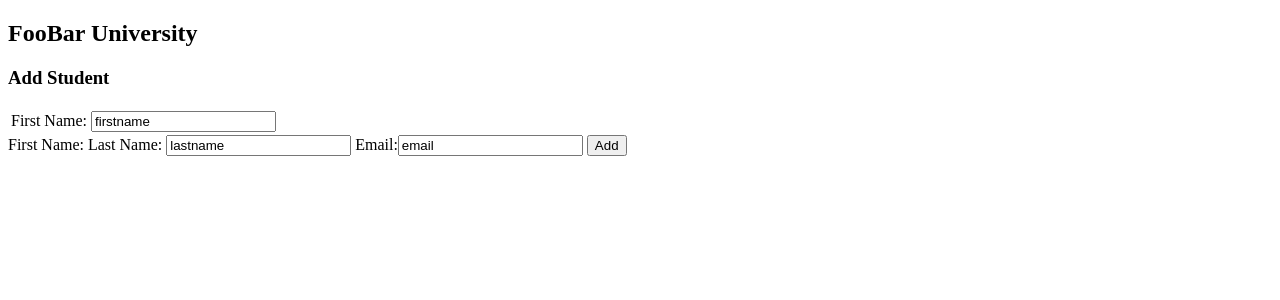
Repository: i-tanova/JEEProjects
Page: http://localhost/StudentsDB/add-student.jsp
An editor plug-in stored every save of this project. The page is shown before and after the next save, followed by the edit.
The browser window is 1280 px wide. The pictures show the whole page.
The page is served by Tomcat 9.

Above is the page before, as saved 2019-11-28 09:03:01.

After the next save:
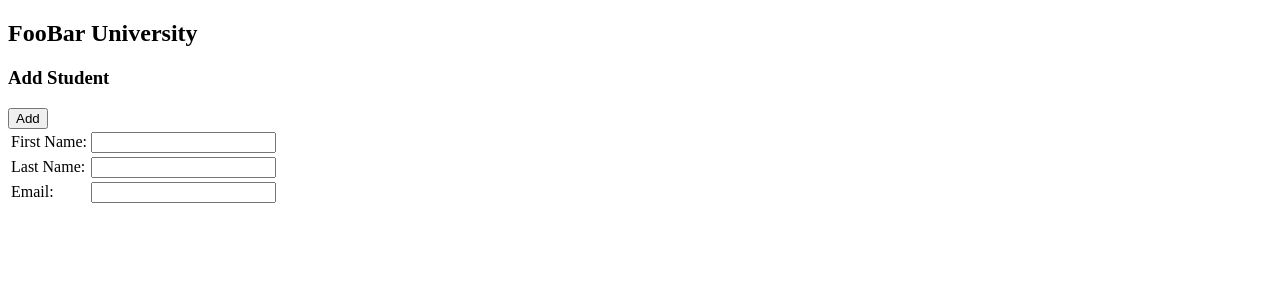
Saved 91 s later.
--- a/StudentsDB/WebContent/add-student.jsp
+++ b/StudentsDB/WebContent/add-student.jsp
@@ -24,14 +24,20 @@
   <table>
   <tbody>
   <tr>
-  <td>First Name: </td>
-  <td><input type="text" value="firstname"></td>
+  <td><label>First Name:</label></td>
+  <td><input type="text" name="firstname"></td>
   </tr>
-  </tbody>
-  </table>
-  First Name: </>
-  Last Name: <input type="text" value="lastname"></>
-  Email:<input type="text" value="email" />
+
+    <tr>
+  <td><label>Last Name:</label></td>
+  <td><input type="text" name="lastname"></td>
+  </tr>
+
+    <tr>
+  <td><label>Email:</label></td>
+  <td><input type="text" name="email"></td>
+  </tr>
+
   <input type="submit" value="Add">
 
 </form>
